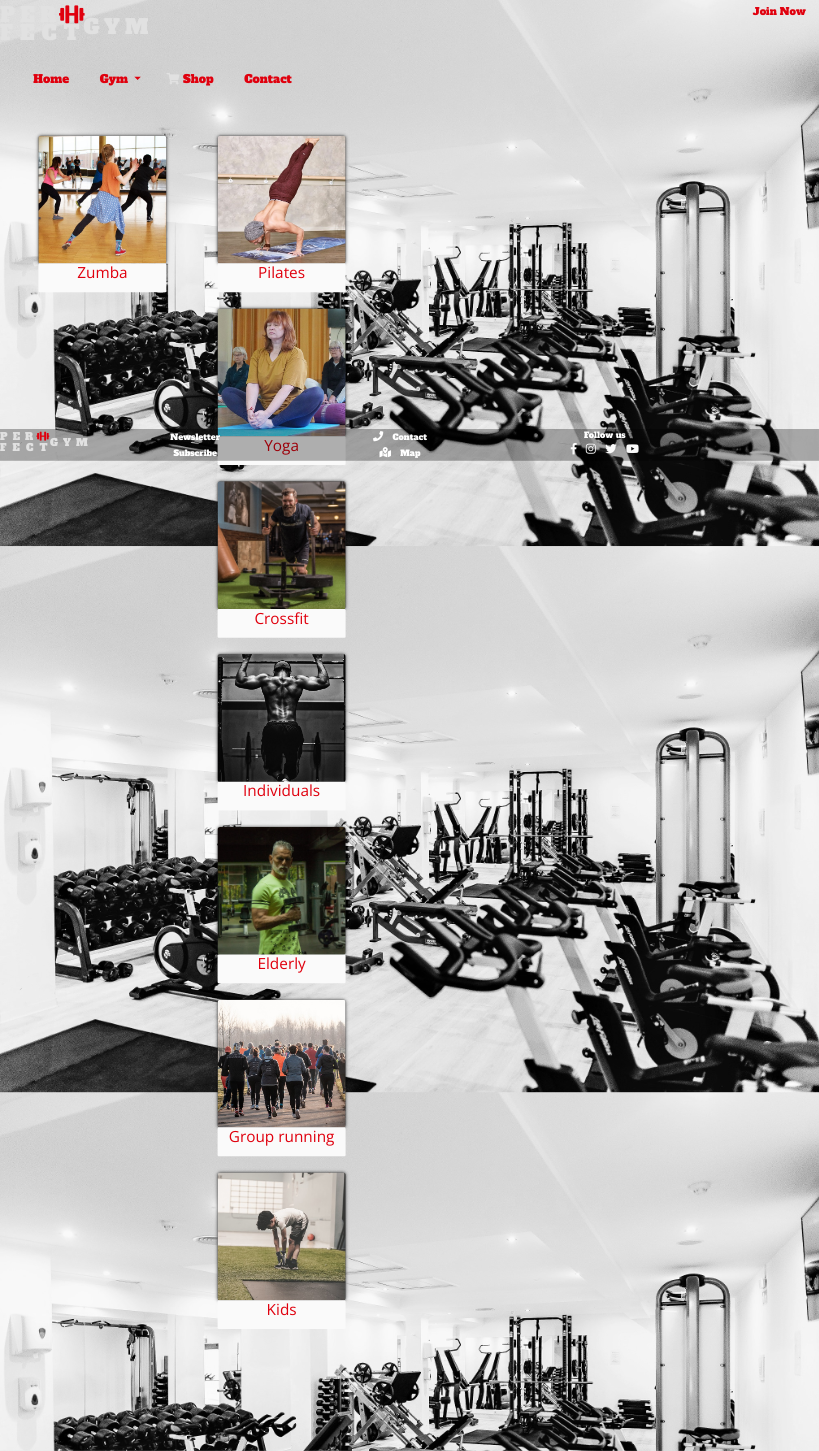
Repository: meghdadyazdi/UCFD-Milestone
Page: activities.html
The author's editor kept a record of every edit. The page is drawn from the files as they stood at one moment, then again after the next edit.
The browser window is 1280 px wide. The pictures show the whole page, at 64% of full size.
Backgrounds fixed to the window are drawn as part of the page. Some web libraries are served in a nearby version.

Above is the page before.

### activities.html
<!DOCTYPE html>
<html lang="en">

<head>
    <meta charset="UTF-8">
    <meta name="viewport" content="width=device-width, initial-scale=1.0">
    <meta http-equiv="X-UA-Compatible" content="ie=edge">
    <link rel="stylesheet" href="https://stackpath.bootstrapcdn.com/bootstrap/4.3.1/css/bootstrap.min.css" type="text/css" />
    <link rel="stylesheet" href="https://stackpath.bootstrapcdn.com/bootstrap/4.3.1/css/bootstrap.min.css">
    <link rel="stylesheet" href="https://use.fontawesome.com/releases/v5.6.1/css/all.css" integrity="sha384-gfdkjb5BdAXd+lj+gudLWI+BXq4IuLW5IT+brZEZsLFm++aCMlF1V92rMkPaX4PP" crossorigin="anonymous">
    <link href="https://fonts.googleapis.com/css?family=Alfa+Slab+One&display=swap" rel="stylesheet">
    <link href="https://fonts.googleapis.com/css?family=Open+Sans&display=swap" rel="stylesheet">
    <link rel="stylesheet" href="https://cdnjs.cloudflare.com/ajax/libs/hover.css/2.3.1/css/hover-min.css" type="text/css" />
    <link rel="stylesheet" href="style.css" type="text/css" />
    <title>Perfect Gym</title>
</head>

<body class="activities-body">



    <!--Header-->
    <header>
        <div class="row container-fluid container-top m-0 p-0">
            <div class="col-6 m-0 p-0">
                <div class="mylogo-big uppercase">
                    <div id="per_in_logo-big">per</div>
                    <div id="fect_in_logo-big">fect</div>
                    <div id="dumbbell-big"><i class="fas fa-dumbbell"></i></div>
                    <div id="gym_in_logo-big">gym</div>
                </div>
            </div>
            <div class="col-6">
                <a href="/login" class="btn btn--cta btn--red" data-toggle="modal" data-target="#join-us-modal">Join Now</a>
            </div>
        </div>
    </header>
    <!--/Header-->



    <!--Navbar-->
    <nav class="navbar navbar-light navbar-expand-sm">

        <button class="navbar-toggler ml-auto" type="button" data-toggle="collapse" data-target="#navbarNavDropdown" aria-controls="navbarNavDropdown" aria-expanded="false" aria-label="Toggle navigation">
                    <span class="navbar-toggler-icon"></span>
            </button>

        <div class="collapse navbar-collapse" id="navbarNavDropdown">
            <ul class="navbar-nav mr-auto">
                <li class="nav-item mr-2"><a href="index.html" class="nav-link">Home</a></li>

                <li class="nav-item dropdown">
                    <a class="nav-link dropdown-toggle" href="#" id="navbarDropdownMenuLink" role="button" data-toggle="dropdown" aria-haspopup="true" aria-expanded="false">Gym
                </a>
                    <div class="dropdown-menu" aria-labelledby="navbarDropdownMenuLink">
                        <a class="dropdown-item" href="trainers.html">Our trainers</a>
                        <a class="dropdown-item" href="activities.html">Activities</a>
                    </div>
                </li>
                <li class=" nav-item mr-2"><a href="shop.html" class="nav-link"><span><i class="fas fa-shopping-cart shop-icon"></i></span> Shop</a></li>
                <li class=" nav-item mr-2 "><a href="contact.html" class="nav-link">Contact</a></li>
            </ul>
        </div>


    </nav>
    <!--/Navbar-->


    <section>
        <div class="row m-0 p-0">
            <div class="col-12 col-sm-4 col-lg-3 text-center">
                <a href="#" class="m-0 p-0">
                <div class="box-activity image-zumba">
                    <h2>Zumba</h2>
                </div>
            </div>
            <div class="col-12 col-sm-4 col-lg-3 text-center">
                <div class="box-activity image-pilates">
                    <h2>Pilates</h2>
                </div>
            </div>
            <div class="col-12 col-sm-4 col-lg-3 text-center">
                <div class="box-activity image-yoga">
                    <h2>Yoga</h2>
                </div>
            </div>
            <div class="col-12 col-sm-4 col-lg-3 text-center">
                <div class="box-activity image-crossfit">
                    <h2>Crossfit</h2>
                </div>
            </div>
            <div class="col-12 col-sm-4 col-lg-3 text-center">
                <div class="box-activity image-individual">
                    <h2>Individuals</h2>
                </div>
            </div>
            <div class="col-12 col-sm-4 col-lg-3 text-center">
                <div class="box-activity image-elderly">
                    <h2>Elderly</h2>
                </div>
            </div>
            <div class="col-12 col-sm-4 col-lg-3 text-center">
                <div class="box-activity image-gruning">
                    <h2>Group running</h2>
                </div>
            </div>
            <div class="col-12 col-sm-4 col-lg-3 text-center special-marging">
                <div class="box-activity image-kids">
                    <h2>Kids</h2>
                </div>
            </div>
        </div>
    </section>



    <!--Footer-->
    <footer class="container-fluid m-0 p-0">
        <div class="row container-fluid m-0 p-0">
            <div class="col-12 col-sm-3 p-0 m-0">
                <!--logo-->
                <div class="mylogo uppercase">
                    <div id="per_in_logo">per</div>
                    <div id="fect_in_logo">fect</div>
                    <div id="dumbbell"><i class="fas fa-dumbbell"></i></div>
                    <div id="gym_in_logo">gym</div>
                </div>
                <!--/logo-->
            </div>

            <div class="col-6 col-sm-3 text-center m-0 p-0">
                <div class="row">
                    <div class="col-12">
                        <a href="#" class="footer-font">
                            Newsletter
                        </a>
                    </div>
                    <div class="col-12">
                        <a class="footer-font" href="#">
                            Subscribe
                        </a>
                    </div>
                </div>
            </div>

            <div class="col-6 col-sm-3 text-center m-0 p-0">
                <div class="row">
                    <div class="col-12">
                        <a href="#" target="_blank">
                            <i id="phone" class="fas fa-phone"></i>
                            <span class="sr-only">phone</span>
                        </a>
                        <a class="footer-font" href="#">Contact</a>
                    </div>
                    <div class="col-12">
                        <a href="https://www.google.com/maps/place/Corvo+Island/@39.6981037,-31.1405764,13z/data=!3m1!4b1!4m5!3m4!1s0xb3247959c9c6983:0x59be196c967d2206!8m2!3d39.7023111!4d-31.1080244" target="_blank">
                            <i id="map" class="fas fa-map-marked-alt"></i>
                            <span class="sr-only">Map</span>
                        </a>
                        <a class="footer-font" href="https://www.google.com/maps/place/Corvo+Island/@39.6981037,-31.1405764,13z/data=!3m1!4b1!4m5!3m4!1s0xb3247959c9c6983:0x59be196c967d2206!8m2!3d39.7023111!4d-31.1080244" target="_blank">Map
                        </a>
                    </div>
                </div>
            </div>

            <div class="col-12 col-sm-3 text-center m-0 p-0 ">
                <p class="footer-font  d-inlineblock m-0 p-0 d-none d-sm-block">Follow us</p>
                <ul class="list-inline social-link">
                    <li class="list-inline-item">
                        <a href="#" target="_blank">
                            <i class="fab fa-facebook-f" aria-hidden="true"></i>
                            <span class="sr-only">Facebook</span>
                        </a>
                    </li>
                    <li class="list-inline-item">
                        <a href="#" target="_blank">
                            <i class="fab fa-instagram" aria-hidden="true"></i>
                            <span class="sr-only">Instagram</span>
                        </a>
                    </li>
                    <li class="list-inline-item">
                        <a href="#" target="_blank">
                            <i class="fab fa-twitter" aria-hidden="true"></i>
                            <span class="sr-only">Twitter</span>
                        </a>
                    </li>
                    <li class="list-inline-item">
                        <a href="#" target="_blank">
                            <i class="fab fa-youtube" aria-hidden="true"></i>
                            <span class="sr-only">YouTube</span>
                        </a>
                    </li>
                </ul>
            </div>
        </div>
    </footer>
    <!--/Footer-->



    <!--Form for join as Modal-->
    <div class="modal" tabindex="-1" role="dialog" id="join-us-modal">
        <div class="modal-dialog" role="document">
            <div class="modal-content">
                <div class="modal-header font-form-title">
                    <h5 class="modal-title">Join us for free consulting</h5>
                    <button type="button" class="close" data-dismiss="modal" aria-label="Close">
                            <span aria-hidden="true">&times;</span>
                            </button>
                </div>
                <div class="modal-body">
                    <form>
                        <div class="form-group">
                            <label class="font-form-item" for="firstname">First Name</label>
                            <input type="text" class="form-control" id="firstname" placeholder="Enter your firstname">
                        </div>
                        <div class="form-group">
                            <label class="font-form-item" for="lastname">Last Name</label>
                            <input type="text" class="form-control" id="lastname" placeholder="Enter your lastname">
                        </div>
                        <div class="form-group">
                            <label class="font-form-item" for="exampleInputEmail1">Email address</label>
                            <input type="email" class="form-control" id="exampleInputEmail1" aria-describedby="emailHelp" placeholder="Enter email">
                        </div>
                        <div class="form-group">
                            <label class="font-form-item" for="password">Password</label>
                            <input type="password" class="form-control" id="password" placeholder="Password">
                        </div>
                        <div class="form-group">
                            <label class="font-form-item" for="repeatpassword">Password</label>
                            <input type="password" class="form-control" id="repeatpassword" placeholder="Repeat Password">
                        </div>
                        <div class="form-group">
                            <label class="font-form-item" for="age">Your age</label>
                            <input type="number" class="form-control" id="age" placeholder="Age" min="7" max="85">
                        </div>
                        <div class="form-group">
                            <label class="font-form-item" for="age">Gender</label>
                            <br>
                            <input class="font-form-item" type="radio" name="gender" value="male" checked> Male<br>
                            <input class="font-form-item" type="radio" name="gender" value="female"> Female<br>
                            <input class="font-form-item" type="radio" name="gender" value="other"> Other<br><br>
                        </div>
                        <button type="submit" class="btn btn-success">Submit</button>
                    </form>
                </div>
            </div>
        </div>
    </div>
    <!--/Form for join as Modal-->




    <script src="https://code.jquery.com/jquery-3.3.1.slim.min.js" integrity="sha384-q8i/X+965DzO0rT7abK41JStQIAqVgRVzpbzo5smXKp4YfRvH+8abtTE1Pi6jizo" crossorigin="anonymous"></script>
    <script src="https://cdnjs.cloudflare.com/ajax/libs/popper.js/1.14.3/umd/popper.min.js" integrity="sha384-ZMP7rVo3mIykV+2+9J3UJ46jBk0WLaUAdn689aCwoqbBJiSnjAK/l8WvCWPIPm49" crossorigin="anonymous"></script>
    <script src="https://stackpath.bootstrapcdn.com/bootstrap/4.1.3/js/bootstrap.min.js" integrity="sha384-ChfqqxuZUCnJSK3+MXmPNIyE6ZbWh2IMqE241rYiqJxyMiZ6OW/JmZQ5stwEULTy" crossorigin="anonymous"></script>


</body>

</html>

Loaded but not shown: style.css (760 lines, source omitted)

After the next edit:
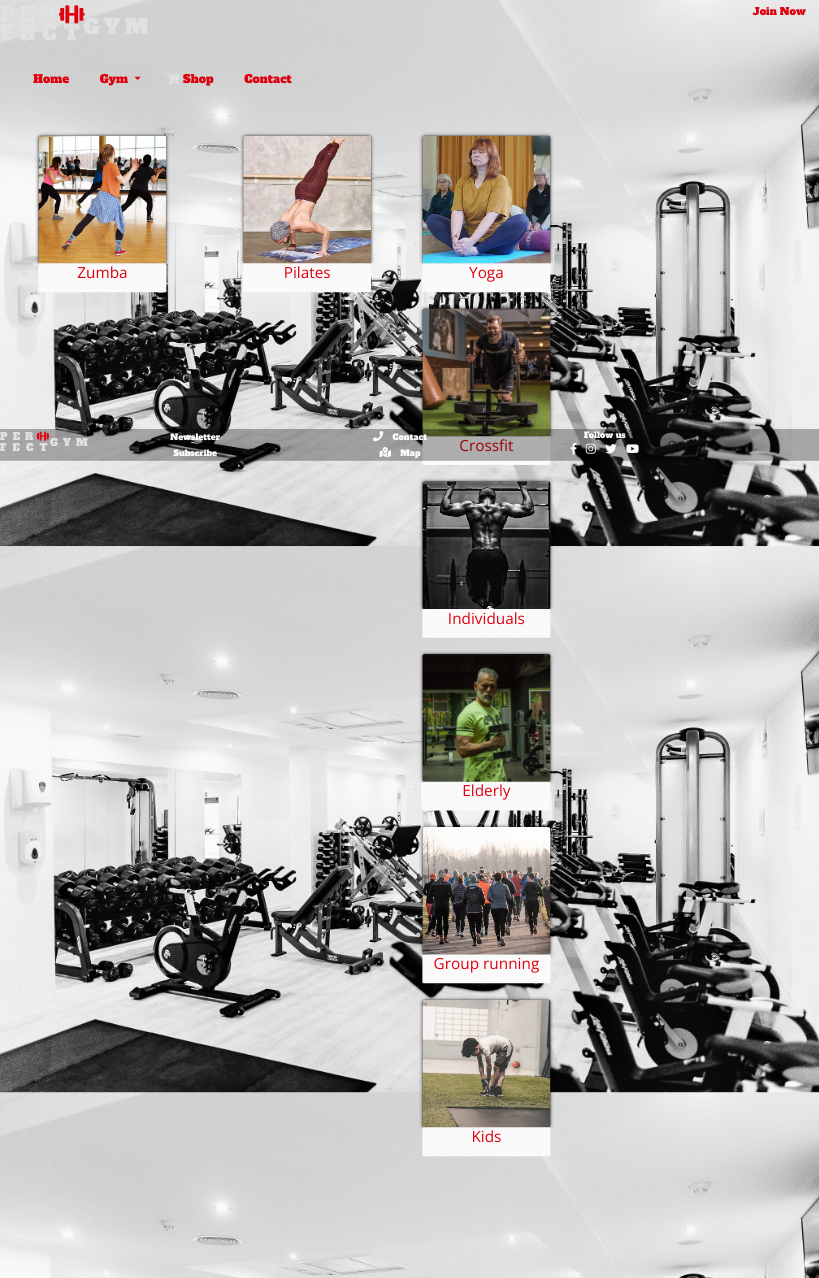
The edit:
--- a/activities.html
+++ b/activities.html
@@ -77,6 +77,7 @@
                 </div>
             </div>
             <div class="col-12 col-sm-4 col-lg-3 text-center">
+                <a href="#" class="m-0 p-0">
                 <div class="box-activity image-pilates">
                     <h2>Pilates</h2>
                 </div>
